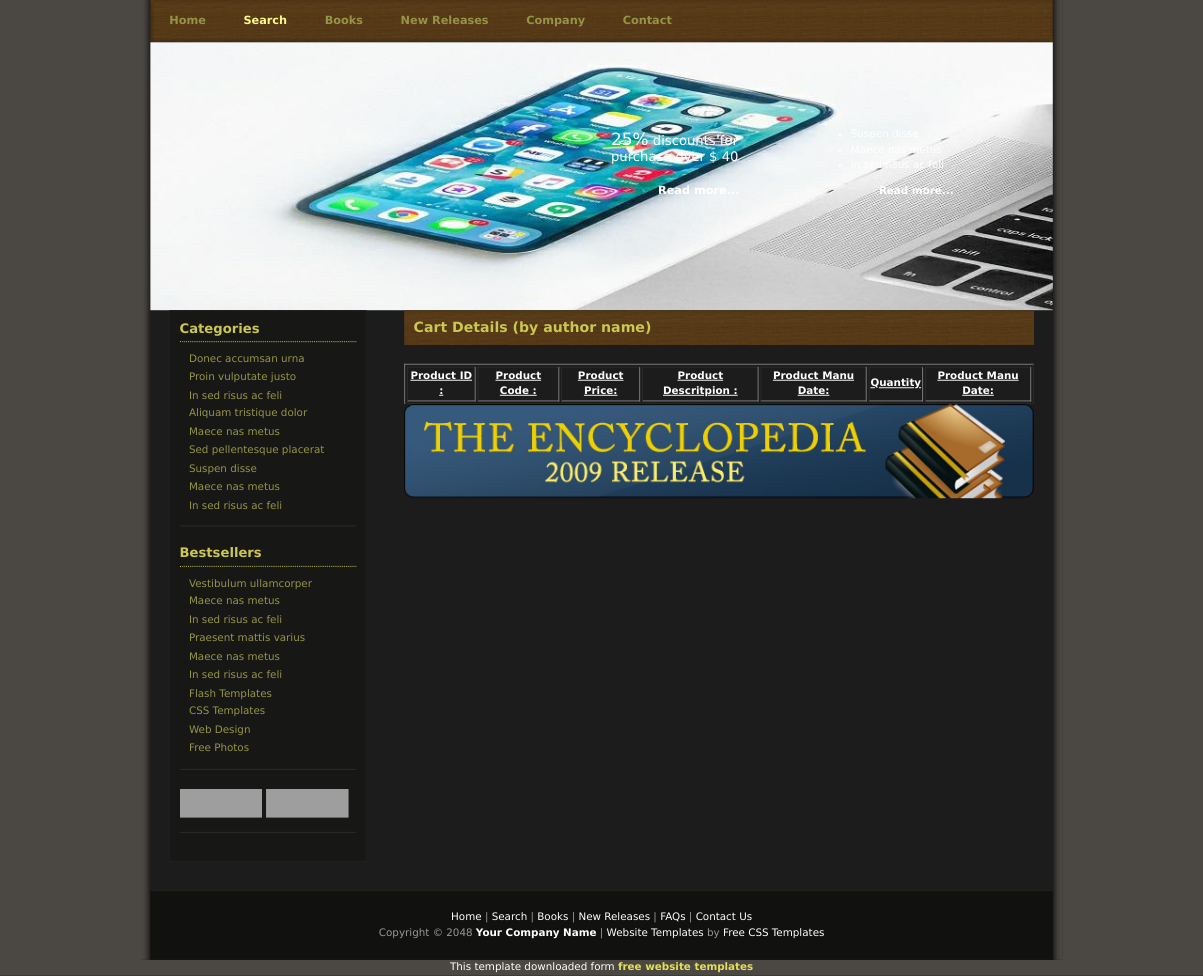
Repository: priyankamergu/MyAllProjects
Page: http://localhost/OnlineShopping/addToCart.jsp
The author's editor kept a copy of each file at every save. The page is drawn from the files as they stood at one save, then again after the next save.
The browser window is 1280 px wide. The pictures show the whole page, at 94% of full size.
Pictures or frames that could not be fetched are drawn as grey boxes. The page is served by Tomcat 9. Other server files are loaded and not shown. The template is opened directly, without the code that normally fills it, so the values that code supplies are empty.

Above is the page before, as saved 2019-11-22 04:51:13.

### Workspace_JEE7_WEB/OnlineShopping/WebContent/addToCart.jsp
<!DOCTYPE html PUBLIC "-//W3C//DTD XHTML 1.0 Transitional//EN" "http://www.w3.org/TR/xhtml1/DTD/xhtml1-transitional.dtd">
<html xmlns="http://www.w3.org/1999/xhtml">

<%@ taglib prefix="c" uri="http://java.sun.com/jsp/jstl/core"%>
<%@ taglib prefix="fmt" uri="http://java.sun.com/jsp/jstl/fmt"%>
<head>
<meta http-equiv="Content-Type" content="text/html; charset=utf-8" />
<title>Book Store Template, Free CSS Template, TemplateMo.com</title>
<meta name="keywords"
	content="Book Store Template, Free CSS Template, CSS Website Layout, CSS, HTML, TemplateMo.com" />
<meta name="description"
	content="Book Store Template, Free CSS Template, Download CSS Website from TemplateMo.com" />
<link href="templatemo_style.css" rel="stylesheet" type="text/css" />
</head>
<body>
	<!--  Free CSS Templates from www.templatemo.com -->
	<div id="templatemo_container">
		<div id="templatemo_menu">
			<ul>
				<li><a href="index.html">Home</a></li>
				<li><a href="#" class="current">Search</a></li>
				<li><a href="index.html">Books</a></li>
				<li><a href="index.html">New Releases</a></li>
				<li><a href="#">Company</a></li>
				<li><a href="#">Contact</a></li>
			</ul>
		</div>
		<!-- end of menu -->

		<div id="templatemo_header">
			<div id="templatemo_special_offers">
				<p>
					<span>25%</span> discounts for purchase over $ 40
				</p>
				<a href="#" style="margin-left: 50px;">Read more...</a>
			</div>


			<div id="templatemo_new_books">
				<ul>
					<li>Suspen disse</li>
					<li>Maece nas metus</li>
					<li>In sed risus ac feli</li>
				</ul>
				<a href="#" style="margin-left: 50px;">Read more...</a>
			</div>
		</div>
		<!-- end of header -->

		<div id="templatemo_content">

			<div id="templatemo_content_left">
				<div class="templatemo_content_left_section">
					<h1>Categories</h1>
					<ul>
						<li><a href="index.html">Donec accumsan urna</a></li>
						<li><a href="index.html">Proin vulputate justo</a></li>
						<li><a href="#">In sed risus ac feli</a></li>
						<li><a href="#">Aliquam tristique dolor</a></li>
						<li><a href="#">Maece nas metus</a></li>
						<li><a href="#">Sed pellentesque placerat</a></li>
						<li><a href="#">Suspen disse</a></li>
						<li><a href="#">Maece nas metus</a></li>
						<li><a href="#">In sed risus ac feli</a></li>
					</ul>
				</div>
				<div class="templatemo_content_left_section">
					<h1>Bestsellers</h1>
					<ul>
						<li><a href="#">Vestibulum ullamcorper</a></li>
						<li><a href="#">Maece nas metus</a></li>
						<li><a href="#">In sed risus ac feli</a></li>
						<li><a href="#">Praesent mattis varius</a></li>
						<li><a href="#">Maece nas metus</a></li>
						<li><a href="#">In sed risus ac feli</a></li>
						<li><a href="http://www.flashmo.com" target="_parent">Flash
								Templates</a></li>
						<li><a href="http://www.templatemo.com" target="_parent">CSS
								Templates</a></li>
						<li><a href="http://www.webdesignmo.com" target="_parent">Web
								Design</a></li>
						<li><a href="http://www.photovaco.com" target="_parent">Free
								Photos</a></li>
					</ul>
				</div>

				<div class="templatemo_content_left_section">
					<a href="http://validator.w3.org/check?uri=referer"><img
						style="border: 0; width: 88px; height: 31px"
						src="http://www.w3.org/Icons/valid-xhtml10"
						alt="Valid XHTML 1.0 Transitional" width="88" height="31"
						vspace="8" border="0" /></a> <a
						href="http://jigsaw.w3.org/css-validator/check/referer"><img
						style="border: 0; width: 88px; height: 31px"
						src="http://jigsaw.w3.org/css-validator/images/vcss-blue"
						alt="Valid CSS!" vspace="8" border="0" /></a>
				</div>
			</div>
			<!-- end of content left -->

			<div id="templatemo_content_right">
			<h1>
						Cart Details <span>(by author name)</span>
					</h1>
			<table border=1>
			<tr>
							<th><u>Product ID :</u></th>
							<th><u>Product Code :</u></th>
							<th><u>Product Price:</u></th>
							<th><u>Product Descritpion :</u></th>
							<th><u>Product Manu Date:</u></th>
							<th><u>Quantity</u></th>
							<th><u>Product Manu Date:</u></th>

						</tr>

				<c:forEach items="${productList}" var="product" varStatus="status">

					<!-- <div class="image_panel">
						<img src="images/templatemo_image_02.jpg" alt="CSS Template"
							width="100" height="150" />
					</div> -->


						<tr>
						<td>
						<input type="hidden" name="product_id" value="${ product.id}"/>
							${product.id}</td>
							<td>${product.code}</td>
							<td>${product.description}</td>
							<td>${product.price}</td>
							<td>
							<fmt:formatDate value="${product.manfDate}" pattern="dd/MM/yyyy" />
							</td>

							<td><input type="text" name="quantity${product.id}" value="1"></input></td>

							<a href="ProductDatabaseController?action=deleteFromCart&index=${status.index}">Remove</a>
						</tr>



					<div class="cleaner_with_height">&nbsp;</div>
				</c:forEach>
				</table>
				<a href="index.html"><img src="images/templatemo_ads.jpg"
					alt="css template ad" /></a>

			</div>
			<!-- end of content right -->

			<div class="cleaner_with_height">&nbsp;</div>
		</div>
		<!-- end of content -->

		<div id="templatemo_footer">
			<a href="index.html">Home</a> | <a href="index.html">Search</a> | <a
				href="index.html">Books</a> | <a href="#">New Releases</a> | <a
				href="#">FAQs</a> | <a href="#">Contact Us</a><br /> Copyright ©
			2048 <a href="#"><strong>Your Company Name</strong></a> | <a
				href="http://www.iwebsitetemplate.com" target="_parent">Website
				Templates</a> by <a href="http://www.templatemo.com" target="_parent">Free
				CSS Templates</a>
		</div>
		<!-- end of footer -->
		<!--  Free CSS Template www.templatemo.com -->
	</div>
	<!-- end of container -->
	<div align=center>
		This template downloaded form <a
			href='http://all-free-download.com/free-website-templates/'>free
			website templates</a>
	</div>
</body>
</html>

### Workspace_JEE7_WEB/OnlineShopping/WebContent/templatemo_style.css
/*
CSS Credit: http://www.templatemo.com/
*/

body {
	margin: 0;
	padding: 0;
	line-height: 1.5em;
	font-family: Verdana, Arial, san-serif;
	font-size: 11px;
	color: #ffffff;
	background: #4b4743;
}

a:link, a:visited { color: #e6e154; text-decoration: none; font-weight: bold;}
a:active, a:hover { color: #e6e154; text-decoration: underline;}

p {
	margin: 0px;
	padding: 0px;
}

img {
	margin: 0px;
	padding: 0px;
	border: none;
}


.cleaner {
	clear: both;
	width: 100%;
	height: 1px;
	font-size: 1px;
}

.cleaner_with_height {
	clear: both;
	width: 100%;
	height: 30px;
	font-size: 1px;
}

.cleaner_with_width {
	float: left;
	width: 20px;
	height: 30px;
	font-size: 1px;
}

.buy_now_button a{
	clear: both;
	text-align: center;
	display: block;
	width: 100px;
	padding: 4px 0 5px 0;
	margin-bottom: 10px;
	background: url(images/templatemo_btn_02.jpg) no-repeat;
	color: #FFFFFF;
	font-weight: bold;
	text-decoration: none;
}

.detail_button a{
	clear: both;
	text-align: center;
	display: block;
	width: 100px;
	padding: 4px 0 5px 0;
	margin-bottom: 10px;
	background: url(images/templatemo_btn_01.jpg) no-repeat;
	color: #ffffff;
	font-weight: bold;
	text-decoration: none;
}

#templatemo_container{
	width: 960px;
	margin: 0 auto;
	padding: 0 10px;
	background: #1c1c1b url(images/templatemo_bg.jpg) repeat-y;
}


/* menu */

#templatemo_menu {
	clear: both;
	width: 960px;
	height: 45px;
	background: url(images/templatemo_menu_bg.jpg) no-repeat;
}

#templatemo_menu ul {
	padding: 13px 0 0 0;
	margin: 0;
	list-style: none;
}

#templatemo_menu ul li{
	display: inline;
}

#templatemo_menu ul li a{
	float: left;
	padding: 0 20px;
	font-size: 12px;
	font-weight: bold;
	text-align: center;
	text-decoration: none;
	color: #969547;
}

#templatemo_menu li a:hover, #templatemo_menu li .current{
	color: #fcf88e;
}

/* end of menu*/

/* header */
#templatemo_header {
	clear: both;
	width: 960px;
	height: 285px;
	padding: 0;
	margin: 0;
	background: url(images/headermain.jpg) no-repeat;
}

#templatemo_header a,a:hover {
	color: #ffffff;
}

#templatemo_header #templatemo_special_offers {
	float: left;
	font-size: 14px;
	margin-top: 95px;
	margin-left: 490px;
	width: 180px;
}

#templatemo_special_offers a {
	font-size: 12px;
}

#templatemo_special_offers  p {
	margin: 0 0 20px 0;
}
#templatemo_special_offers p span {
	font-size: 18px;
}

#templatemo_header #templatemo_new_books {
	float: left;
	margin-top: 90px;
	margin-left: 55px;
	width: 180px;
}

#templatemo_new_books ul {
	 margin: 0 0 10px 0;
	 padding: 0 0 0 20px;
}

#templatemo_new_books li {
	 margin: 0;
	 padding: 0;
}


/* end of header */


/* content */
#templatemo_content {
	clear: both;
	width: 920px;
	padding: 0 20px;
}

#templatemo_content #templatemo_content_left {
	float: left;
	width: 188px;
	padding: 10px;
	background-color: #171716;
	border: 1px solid #212120;
}

#templatemo_content #templatemo_content_right {
	float: right;
	width: 670px;
}


#templatemo_content_left .templatemo_content_left_section{
	clear: both;
	padding-bottom: 10px;
	border-bottom: 1px solid #2b2b2a;
	margin-bottom: 20px;
}

.templatemo_content_left_section h1 {
	font-size: 14px;
	color: #cbc750;
	padding: 0 0 5px 0;
	margin: 0 0 10px 0;
	border-bottom: 1px dotted #cbc750;
}

.templatemo_content_left_section ul {
	padding: 0;
	margin: 0;
}

.templatemo_content_left_section ul li{
	padding: 0 0 3px 10px;
	list-style: none;
}

.templatemo_content_left_section ul li a{
	font-weight: normal;
	text-decoration: none;
	color: #969547;
}

.templatemo_content_left_section li a:hover, .templatemo_content_left_section li .current{
	color: #fcf88e;
}





#templatemo_content_right .templatemo_product_box {
	float: left;
	width: 303px;
	height: 210px;
	padding: 10px;
	border: 1px solid #333;
}

#templatemo_content_right h1 {
	padding: 10px;
	margin: 0 0 20px 0;
	font-size: 15px;
	color: #cbc750;
	background: url(images/templatemo_h1_bg.jpg);
}

#templatemo_content_right h2 {
	padding: 0 0 0 0;
	margin: 0 0 20px 0;
	font-size: 12px;
	color: #e6e154;
}

#templatemo_content_right h3 {
	padding: 0;
	margin: 0 0 20px 0;
	font-size: 18px;
	color: #85391f;
}

#templatemo_content_right ul {
	margin: 0 0 20px 0;
	padding: 0 0 0 20px;
	list-style: none;
}

#templatemo_content_right li {
	padding: 0 0 3px 0;
}

#templatemo_content_right .image_panel {
	float: left;
	width: 100px;
	margin-right: 20px;
}

#templatemo_content_right p {
	text-align: justify;
	padding: 0 0 8px 0;
}

.templatemo_product_box h1 span {
	font-weight: normal;
}

.templatemo_product_box img {
	float: left;
	margin-right: 20px;
}

.templatemo_product_box .product_info {
	float: left;
	width: 180px;
}

.product_info p {
	margin-bottom: 15px;
}

/* end of content */

/* footer */
#templatemo_footer {
	clear: both;
	width: 960px;
	padding: 20px 0px 20px 0;
	text-align: center;
	border-top: 1px solid #25211e;
	color: #999;
	background-color: #111110;
}

#templatemo_footer a{
	color: #fff;
	font-weight: normal;
}
/* end of footer */

After the next save:
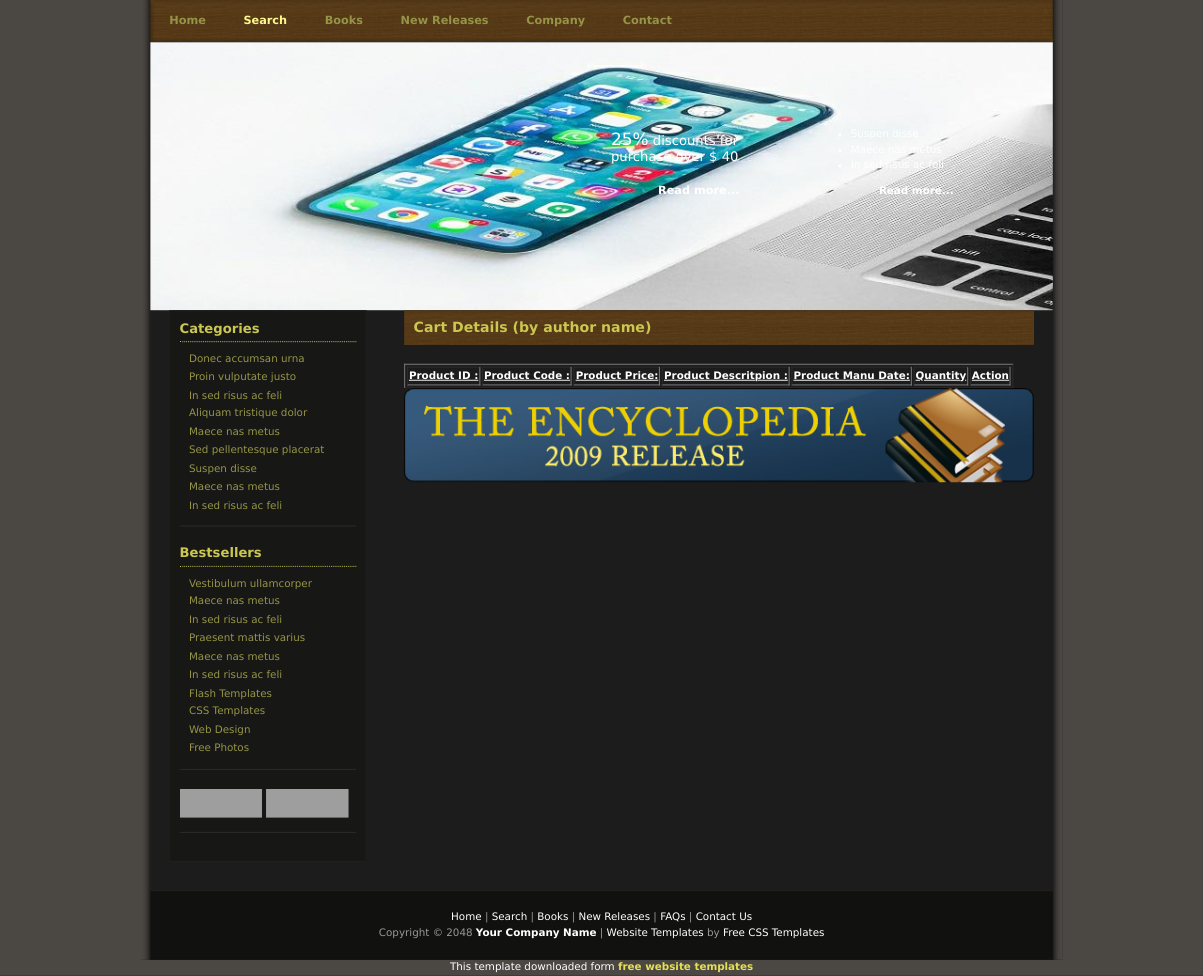
Saved 5 s later.
--- a/Workspace_JEE7_WEB/OnlineShopping/WebContent/addToCart.jsp
+++ b/Workspace_JEE7_WEB/OnlineShopping/WebContent/addToCart.jsp
@@ -110,7 +110,7 @@
 							<th><u>Product Descritpion :</u></th>
 							<th><u>Product Manu Date:</u></th>
 							<th><u>Quantity</u></th>
-							<th><u>Product Manu Date:</u></th>
+							<th><u>Action</u></th>
 
 						</tr>
 
